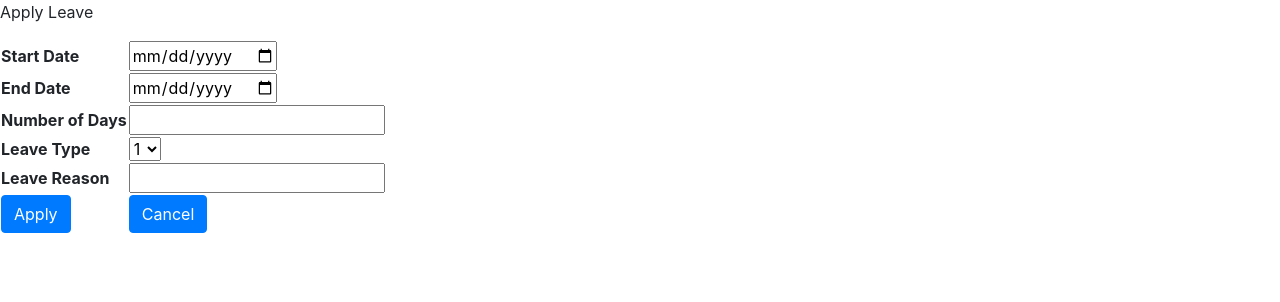
Repository: rkmr039/EMS_PROJECT
Page: http://localhost/EMS/ApplyLeaves.jsp
These files come from the project's save history. The page is drawn as it stood at one moment and after the next save; the edit follows.
The browser window is 1280 px wide. The pictures show the whole page.
The page is served by Tomcat 9. Other server files are loaded and not shown.

Above is the page before, as saved 2019-08-27 07:00:54.
Console error: TypeError: Cannot read properties of undefined (reading 'fn')

### EMS/WebContent/ApplyLeaves.jsp
<%@ page language="java" contentType="text/html; charset=ISO-8859-1"
    pageEncoding="ISO-8859-1"%>
<!DOCTYPE html PUBLIC "-//W3C//DTD HTML 4.01 Transitional//EN" "http://www.w3.org/TR/html4/loose.dtd">
<html>
<head>
<link rel="stylesheet" href="https://stackpath.bootstrapcdn.com/bootstrap/4.3.1/css/bootstrap.min.css" integrity="sha384-ggOyR0iXCbMQv3Xipma34MD+dH/1fQ784/j6cY/iJTQUOhcWr7x9JvoRxT2MZw1T" crossorigin="anonymous">
<script src="https://stackpath.bootstrapcdn.com/bootstrap/4.3.1/js/bootstrap.min.js" integrity="sha384-JjSmVgyd0p3pXB1rRibZUAYoIIy6OrQ6VrjIEaFf/nJGzIxFDsf4x0xIM+B07jRM" crossorigin="anonymous"></script>

<meta http-equiv="Content-Type" content="text/html; charset=ISO-8859-1">
<title>Apply leave | EMS</title>
</head>
<body>
	<p id="page">Apply Leave</p>
	<form method="post" action="Apply.jsp">
	<table>
		<tr>
			<th >Start Date</th>
			<td>
				<input data-format="dd/MM/yyyy" type='date' name="startDate"  />
            </td>

		</tr>
		<tr>
			<th>End Date</th>
			<td>
				<input data-format="dd/MM/yyyy" type='date' name="endDate"  />
            </td>
		</tr>
		<tr>
			<th>Number of Days</th>
			<td>
				<input type="text" name="noDays"/>
			</td>
		</tr>
		<tr>
			<th>Leave Type</th>
			<td>
				<select name="type">
					<option>1</option>
					<option>2</option>
				</select>
			</td>
		</tr>
		<tr>
			<th>Leave Reason</th>
			<td>
				<input type="text" name="reason"/>
			</td>
		</tr>
		<tr>
			<td><input class="btn btn-primary" type="submit" value="Apply" name="apply"/></td>
			<td><input class="btn btn-primary" type="reset" onClick="javascript:window.location.href='dashboard.jsp'" value="Cancel" name="cancel"/></td>
		</tr>
	</table>
	</form>

<script src="https://code.jquery.com/jquery-3.3.1.slim.min.js" integrity="sha384-q8i/X+965DzO0rT7abK41JStQIAqVgRVzpbzo5smXKp4YfRvH+8abtTE1Pi6jizo" crossorigin="anonymous"></script>
<script src="https://cdnjs.cloudflare.com/ajax/libs/popper.js/1.14.7/umd/popper.min.js" integrity="sha384-UO2eT0CpHqdSJQ6hJty5KVphtPhzWj9WO1clHTMGa3JDZwrnQq4sF86dIHNDz0W1" crossorigin="anonymous"></script>

</body>
</html>

After the next save:
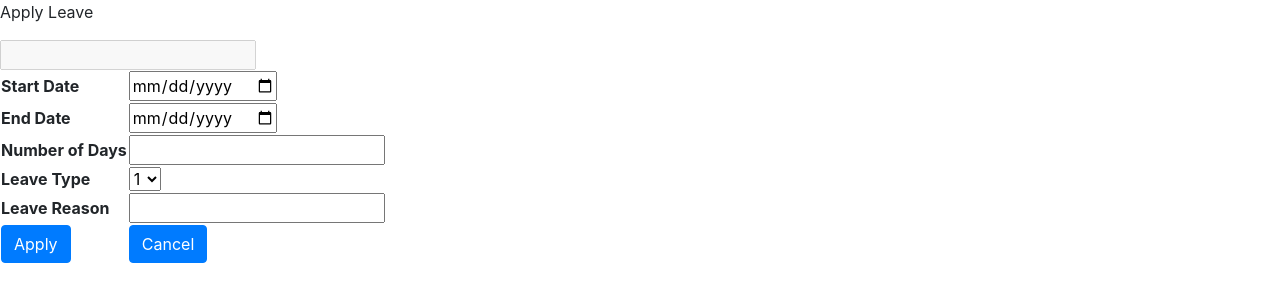
Saved 2 h 7 min later.
--- a/EMS/WebContent/ApplyLeaves.jsp
+++ b/EMS/WebContent/ApplyLeaves.jsp
@@ -12,6 +12,7 @@
 <body>
 	<p id="page">Apply Leave</p>
 	<form method="post" action="Apply.jsp">
+	<input disabled type="text" value="" />
 	<table>
 		<tr>
 			<th >Start Date</th>

After the save that followed:
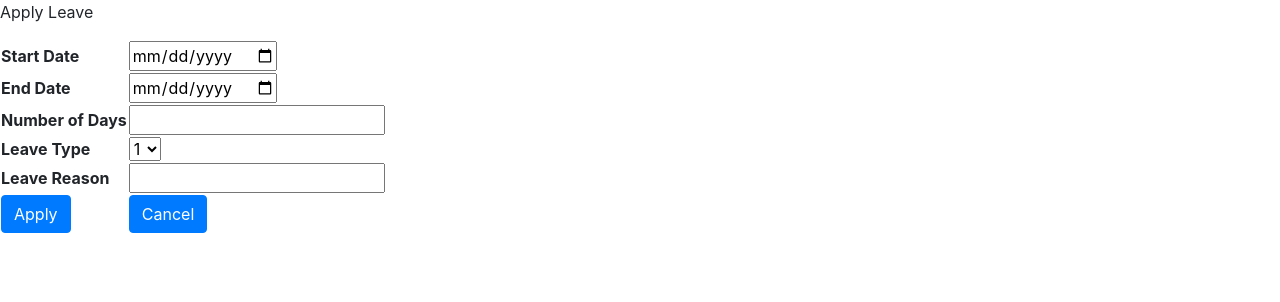
Saved 11 s later.
--- a/EMS/WebContent/ApplyLeaves.jsp
+++ b/EMS/WebContent/ApplyLeaves.jsp
@@ -12,7 +12,7 @@
 <body>
 	<p id="page">Apply Leave</p>
 	<form method="post" action="Apply.jsp">
-	<input disabled type="text" value="" />
+	<input style="display:none" type="text" value="" />
 	<table>
 		<tr>
 			<th >Start Date</th>
